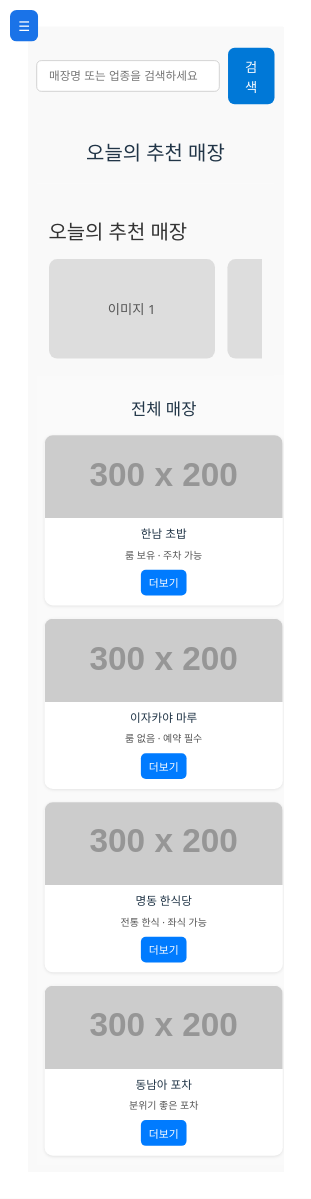
Repository: noiredex/Choplan-API
Page: / (app in choplan/frontend_main/)
An editor plug-in stored every save of this project. The page is shown before and after the next save, followed by the edit.
The browser window is 375 px wide. The pictures show the whole page, at 83% of full size.
The project was rebuilt for these pictures with package versions that can differ from the ones it lists, and the page was loaded fresh each time. Also part of the build but not shown: choplan/frontend_main/vite.config.js, choplan/frontend_main/vite.config.ts, choplan/frontend_main/src/styles/StoreDetailPage.css, choplan/frontend_main/src/pages/StoreDetailPage.jsx.

Above is the page before, as saved 2025-10-22 14:14:02.

### choplan/frontend_main/index.html
<!doctype html>
<html lang="en">
  <head>
    <meta charset="UTF-8" />
    <link rel="icon" type="image/svg+xml" href="/vite.svg" />
    <meta name="viewport" content="width=device-width, initial-scale=1.0" />
    <title>frontend_main</title>
  </head>
  <body>
    <div id="root"></div>
    <script type="module" src="/src/main.jsx"></script>
  </body>
</html>

### choplan/frontend_main/src/App.jsx
import { Routes, Route } from "react-router-dom";
import HomePage from "./pages/HomePage";
import StoreDetailPage from "./pages/StoreDetailPage";
import "./App.css";

export default function App() {
  return (
    <Routes>
      <Route path="/" element={<HomePage />} />
      <Route path="/store/:id" element={<StoreDetailPage />} />
    </Routes>
  );
}

### choplan/frontend_main/src/pages/Homepage.jsx
import React, { useState } from "react";
import Sidebar from "../components/common/Sidebar";
import SearchBar from "../components/home/SearchBar";
import BannerSlider from "../components/home/BannerSlider";
import RecommendedStores from "../components/home/RecommendedStores";
import "../styles/HomePage.css";

export default function HomePage() {
  const [selectedCategory, setSelectedCategory] = useState("전체");
  const [searchQuery, setSearchQuery] = useState("");

  return (
    <div className="home-container">
      {/* 사이드바 */}
      <Sidebar
        selectedCategory={selectedCategory}
        onSelectCategory={setSelectedCategory}
        searchQuery={searchQuery}
      />

      {/* 메인 영역 */}
      <div className="main-content">
        <SearchBar onSearch={setSearchQuery} />

        {/* 추천 배너 */}
        <section className="banner-section">
          <h2>오늘의 추천 매장</h2>
          <BannerSlider />
        </section>

        {/* 매장 목록 */}
        <section className="store-section">
          <RecommendedStores
            category={selectedCategory}
            searchQuery={searchQuery}
          />
        </section>
      </div>
    </div>
  );
}

### choplan/frontend_main/src/components/common/Sidebar.jsx
import React, { useState, useEffect } from "react";
import "../../styles/Sidebar.css";

export default function Sidebar({
  selectedCategory,
  onSelectCategory,
  searchQuery,
}) {
  const [isOpen, setIsOpen] = useState(false);

  const categories = [
    "전체",
    "이자카야",
    "초밥",
    "한식",
    "양식",
    "중식",
    "동남아",
    "인도",
    "기타",
  ];

  // 검색어가 변경되면 해당 카테고리 자동 선택
  useEffect(() => {
    if (searchQuery && searchQuery.trim() !== "") {
      const matchedCategory = categories.find((cat) =>
        searchQuery.includes(cat)
      );
      if (matchedCategory) {
        onSelectCategory(matchedCategory);
      }
    }
  }, [searchQuery]);

  return (
    <>
      {/* 햄버거 버튼 */}
      <button
        className="sidebar-toggle"
        onClick={() => setIsOpen(!isOpen)}
        aria-label="Toggle sidebar"
      >
        ☰
      </button>

      {/* 사이드바 */}
      <div className={`sidebar ${isOpen ? "open" : "closed"}`}>
        <ul className="sidebar-list">
          {categories.map((category, index) => (
            <li
              key={index}
              className={selectedCategory === category ? "active" : ""}
              onClick={() => {
                onSelectCategory(category);
                setIsOpen(false); // 모바일에서 클릭 시 자동 닫힘
              }}
            >
              {category}
            </li>
          ))}
        </ul>
      </div>
    </>
  );
}

### choplan/frontend_main/src/components/home/SearchBar.jsx
import React, { useState } from "react";
import "../../styles/SearchBar.css";

export default function SearchBar({ onSearch }) {
  const [query, setQuery] = useState("");

  const handleInputChange = (e) => {
    setQuery(e.target.value);
  };

  const handleSearch = (e) => {
    e.preventDefault();
    onSearch(query);
  };

  return (
    <form className="search-bar" onSubmit={handleSearch}>
      <input
        type="text"
        placeholder="매장명 또는 업종을 검색하세요"
        value={query}
        onChange={handleInputChange}
      />
      <button type="submit">검색</button>
    </form>
  );
}

### choplan/frontend_main/src/components/home/BannerSlider.jsx
import React from "react";
import "../../styles/BannerSlider.css"; // 스타일 파일 경로

export default function BannerSlider() {
  return (
    <div className="banner-slider">
      <div className="banner-content">
        <h2 className="banner-title">오늘의 추천 매장</h2>
        <div className="banner-slides">
          {/* TODO: 슬라이더 라이브러리 연결 전 임시 영역 */}
          <div className="slide-item">이미지 1</div>
          <div className="slide-item">이미지 2</div>
          <div className="slide-item">이미지 3</div>
        </div>
      </div>
    </div>
  );
}

### choplan/frontend_main/src/components/home/RecommendedStores.jsx
import React, { useEffect, useState } from "react";
import "../../styles/RecommendedStores.css";

export default function RecommendedStores({ category, searchQuery }) {
  const [stores, setStores] = useState([]);

  // ✅ 예시 데이터 (실제 API 연결 시 이 부분 대체)
  const allStores = [
    { id: 1, name: "한남 초밥", category: "초밥", desc: "룸 보유 · 주차 가능", img: "https://placehold.co/300x200" },
    { id: 2, name: "이자카야 마루", category: "이자카야", desc: "룸 없음 · 예약 필수", img: "https://placehold.co/300x200" },
    { id: 3, name: "명동 한식당", category: "한식", desc: "전통 한식 · 좌식 가능", img: "https://placehold.co/300x200" },
    { id: 4, name: "동남아 포차", category: "동남아", desc: "분위기 좋은 포차", img: "https://placehold.co/300x200" },
  ];

  useEffect(() => {
    let filtered = allStores;

    // 검색어 반영
    if (searchQuery) {
      filtered = filtered.filter((store) =>
        store.name.toLowerCase().includes(searchQuery.toLowerCase())
      );
    }

    // 카테고리 반영
    if (category && category !== "전체") {
      filtered = filtered.filter((store) => store.category === category);
    }

    setStores(filtered);
  }, [category, searchQuery]);

  return (
    <div className="recommended-stores">
      <h2>{category ? category : "전체"} 매장</h2>

      <div className="store-grid">
        {stores.length > 0 ? (
          stores.map((store) => (
            <div className="store-card" key={store.id}>
              <img src={store.img} alt={store.name} />
              <div className="store-info">
                <h3>{store.name}</h3>
                <p>{store.desc}</p>
                <button>더보기</button>
              </div>
            </div>
          ))
        ) : (
          <p className="no-results">검색 결과가 없습니다.</p>
        )}
      </div>
    </div>
  );
}

### choplan/frontend_main/src/styles/HomePage.css
/* ===== 기본 구조 ===== */
.home-container {
  display: flex;
  flex-direction: row;
  width: 100%;
  min-height: 100vh;
  background-color: #f9f9f9;
  overflow: hidden;
}

/* ===== 사이드바 ===== */
.sidebar {
  width: 250px;
  min-width: 200px;
  max-width: 280px;
  background-color: #ffffff;
  border-right: 1px solid #ddd;
  overflow-y: auto;
  transition: all 0.3s ease;
}

.sidebar-list {
  list-style: none;
  margin: 0;
  padding: 0;
}

.sidebar-list li {
  padding: 14px 18px;
  border-bottom: 1px solid #eee;
  cursor: pointer;
  transition: background 0.2s;
}

.sidebar-list li:hover,
.sidebar-list li.active {
  background-color: #f0f0f0;
}

/* ===== 메인 콘텐츠 ===== */
.main-content {
  flex: 1;
  padding: 24px;
  overflow-y: auto;
  background-color: #f9f9f9;
  display: flex;
  flex-direction: column;
  align-items: stretch;
}

.search-bar {
  margin-bottom: 20px;
}

.search-bar input {
  width: 100%;
  padding: 10px 14px;
  border: 1px solid #ccc;
  border-radius: 6px;
  font-size: 16px;
}

/* ===== PC / 데스크탑 (>=1025px) ===== */
@media (min-width: 1025px) {
  .home-container {
    flex-direction: row;
  }

  .sidebar {
    position: relative;
    height: 100vh;
  }

  .main-content {
    padding: 24px 40px;
  }
}

/* ===== 태블릿 (<=1024px) ===== */
@media (max-width: 1024px) {
  .home-container {
    flex-direction: column;
  }

  .sidebar {
    width: 100%;
    height: auto;
    border-right: none;
    border-bottom: 1px solid #ddd;
  }

  .sidebar-list {
    display: flex;
    flex-wrap: nowrap;
    overflow-x: auto;
  }

  .sidebar-list li {
    flex: 0 0 auto;
    border-bottom: none;
    border-right: 1px solid #eee;
    white-space: nowrap;
  }

  .main-content {
    padding: 16px;
  }
}

/* ===== 모바일 (<=600px) ===== */
@media (max-width: 600px) {
  .home-container {
    flex-direction: column;
  }

  .sidebar-list li {
    font-size: 14px;
    padding: 10px 12px;
  }

  .main-content {
    padding: 10px;
  }

  .search-bar input {
    width: 100%;
    font-size: 14px;
  }
}

### choplan/frontend_main/src/styles/Sidebar.css
/* ===== 기본 구조 ===== */
.sidebar {
  position: fixed;
  top: 0;
  left: 0;
  width: 240px;
  height: 100vh;
  background: #ffffff;
  border-right: 1px solid #ddd;
  overflow-y: auto;
  transform: translateX(0);
  transition: transform 0.3s ease-in-out;
  z-index: 1000;
}

/* 닫힌 상태 (모바일) */
.sidebar.closed {
  transform: translateX(-100%);
}

/* 햄버거 버튼 */
.sidebar-toggle {
  position: fixed;
  top: 18px;
  left: 18px;
  background: #1a73e8;
  color: white;
  border: none;
  padding: 10px 12px;
  border-radius: 8px;
  cursor: pointer;
  z-index: 1100;
  display: flex;
  align-items: center;
  justify-content: center;
  transition: all 0.2s ease-in-out;
}

.sidebar-toggle:hover {
  background: #155ac5;
}

/* 카테고리 목록 */
.sidebar-list {
  list-style: none;
  padding: 0;
  margin: 70px 0 0 0;
}

.sidebar-list li {
  padding: 14px 18px;
  cursor: pointer;
  border-bottom: 1px solid #f5f5f5;
  transition: all 0.2s;
}

.sidebar-list li:hover {
  background-color: #f7f7f7;
}

.sidebar-list li.active {
  background-color: #1a73e8;
  color: white;
  font-weight: 600;
  border-bottom: 1px solid #1a73e8;
}

/* “전체” 상단 고정 */
.sidebar-list li:first-child {
  position: sticky;
  top: 0;
  background: #ffffff;
  z-index: 3;
  font-weight: bold;
  border-bottom: 1px solid #eee;
}

/* 스크롤바 */
.sidebar-list::-webkit-scrollbar {
  width: 6px;
}
.sidebar-list::-webkit-scrollbar-thumb {
  background: #ccc;
  border-radius: 3px;
}
.sidebar-list::-webkit-scrollbar-thumb:hover {
  background: #999;
}

/* 메인 콘텐츠 보정 */
.main-content {
  margin-left: 240px;
  transition: margin-left 0.3s ease-in-out;
  padding: 24px;
}
.sidebar.closed + .main-content {
  margin-left: 0;
}

/* 태블릿 (1024px 이하) */
@media (max-width: 1024px) {
  .sidebar {
    width: 220px;
  }
  .main-content {
    margin-left: 0;
  }
  .sidebar.closed {
    transform: translateX(-100%);
  }
  .sidebar-toggle {
    display: block;
  }
}

/* 모바일 (600px 이하) */
@media (max-width: 600px) {
  .sidebar {
    width: 200px;
  }
  .sidebar-list li {
    font-size: 14px;
    padding: 12px 14px;
  }
  .sidebar-toggle {
    top: 12px;
    left: 12px;
    padding: 8px 10px;
  }
}

### choplan/frontend_main/src/styles/SearchBar.css
.search-bar {
  display: flex;
  justify-content: center;
  align-items: center;
  margin: 15px 0 25px 0;
  gap: 10px;
}

.search-bar input {
  width: 70%;
  padding: 10px 14px;
  border: 1px solid #ccc;
  border-radius: 8px;
  font-size: 1rem;
}

.search-bar button {
  background-color: #0078d7;
  color: white;
  border: none;
  padding: 10px 18px;
  border-radius: 8px;
  cursor: pointer;
  transition: background 0.2s ease;
}

.search-bar button:hover {
  background-color: #005fa3;
}

### choplan/frontend_main/src/styles/BannerSlider.css
.banner-slider {
  width: 100%;
  background-color: #f9f9f9;
  padding: 20px 0;
  display: flex;
  justify-content: center;
  align-items: center;
}

.banner-content {
  width: 90%;
  max-width: 1200px;
}

.banner-title {
  font-size: 1.5rem;
  font-weight: 600;
  margin-bottom: 15px;
  text-align: left;
  color: #333;
}

.banner-slides {
  display: flex;
  gap: 15px;
  overflow-x: auto;
}

.slide-item {
  flex: 0 0 200px;
  height: 120px;
  background-color: #ddd;
  border-radius: 10px;
  display: flex;
  align-items: center;
  justify-content: center;
  color: #555;
  font-weight: 500;
}

### choplan/frontend_main/src/styles/RecommendedStores.css
/* ===== 기본 구조 ===== */
.recommended-stores {
  padding: 20px;
  background: #fafafa;
  width: 100%;
}

.recommended-stores h2 {
  font-size: 20px;
  margin-bottom: 16px;
}

/* ===== 카테고리 버튼 ===== */
.category-filter {
  display: flex;
  flex-wrap: wrap;
  gap: 8px;
  overflow-x: auto;
  margin-bottom: 16px;
}

.category-btn {
  padding: 8px 14px;
  border-radius: 20px;
  background: #e8e8e8;
  border: none;
  cursor: pointer;
  transition: all 0.2s;
  white-space: nowrap;
  font-size: 14px;
}

.category-btn:hover {
  background: #d6d6d6;
}

.category-btn.active {
  background: #007bff;
  color: white;
}

/* ===== 매장 카드 영역 ===== */
.store-grid {
  display: grid;
  grid-template-columns: repeat(2, 1fr);
  gap: 16px;
}

.store-card {
  background: white;
  border-radius: 10px;
  overflow: hidden;
  box-shadow: 0 1px 4px rgba(0, 0, 0, 0.1);
  display: flex;
  flex-direction: column;
  justify-content: space-between;
  transition: transform 0.2s;
}

.store-card:hover {
  transform: translateY(-2px);
}

.store-card img {
  width: 100%;
  height: 140px;
  object-fit: cover;
}

.store-card h3 {
  margin: 8px;
  font-size: 16px;
  font-weight: 600;
}

.store-card p {
  margin: 0 8px 8px;
  color: #555;
  font-size: 13px;
  line-height: 1.4;
}

.store-card button {
  margin: 0 8px 12px;
  padding: 8px 12px;
  border-radius: 6px;
  background: #007bff;
  color: white;
  border: none;
  cursor: pointer;
  transition: all 0.2s;
}

.store-card button:hover {
  background: #0056b3;
}

/* ===== 태블릿 (1024px 이하) ===== */
@media (max-width: 1024px) {
  .recommended-stores {
    padding: 16px;
  }

  .store-grid {
    grid-template-columns: 1fr 1fr;
  }

  .store-card img {
    height: 120px;
  }
}

/* ===== 모바일 (600px 이하) ===== */
@media (max-width: 600px) {
  .recommended-stores {
    padding: 10px;
  }

  .category-filter {
    flex-wrap: nowrap;
    overflow-x: auto;
  }

  .store-grid {
    grid-template-columns: 1fr;
  }

  .store-card img {
    height: 100px;
  }

  .store-card h3 {
    font-size: 14px;
  }

  .store-card p {
    font-size: 12px;
  }

  .store-card button {
    font-size: 13px;
    padding: 6px 10px;
  }
}

Loaded but not shown: choplan/frontend_main/src/main.jsx (common file); choplan/frontend_main/src/index.css (common file); choplan/frontend_main/src/App.css (common file)

After the next save:
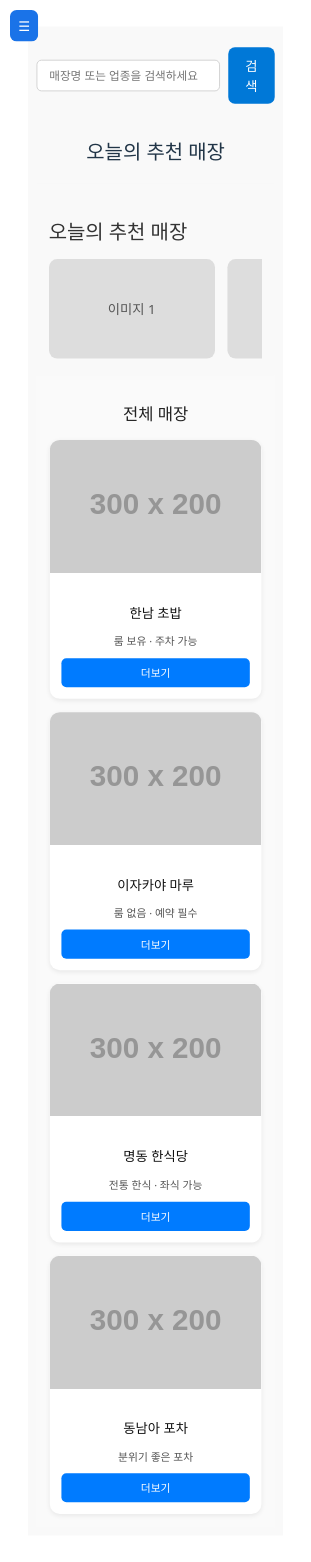
Saved 19 s later.
--- a/choplan/frontend_main/src/styles/RecommendedStores.css
+++ b/choplan/frontend_main/src/styles/RecommendedStores.css
@@ -1,124 +1,76 @@
-/* ===== 기본 구조 ===== */
 .recommended-stores {
   padding: 20px;
   background: #fafafa;
-  width: 100%;
 }
 
 .recommended-stores h2 {
   font-size: 20px;
   margin-bottom: 16px;
+  font-weight: 600;
+  color: #222;
 }
 
-/* ===== 카테고리 버튼 ===== */
-.category-filter {
-  display: flex;
-  flex-wrap: wrap;
-  gap: 8px;
-  overflow-x: auto;
-  margin-bottom: 16px;
-}
-
-.category-btn {
-  padding: 8px 14px;
-  border-radius: 20px;
-  background: #e8e8e8;
-  border: none;
-  cursor: pointer;
-  transition: all 0.2s;
-  white-space: nowrap;
-  font-size: 14px;
-}
-
-.category-btn:hover {
-  background: #d6d6d6;
-}
-
-.category-btn.active {
-  background: #007bff;
-  color: white;
-}
-
-/* ===== 매장 카드 영역 ===== */
+/* ===== 매장 카드 ===== */
 .store-grid {
   display: grid;
-  grid-template-columns: repeat(2, 1fr);
+  grid-template-columns: repeat(auto-fit, minmax(280px, 1fr));
   gap: 16px;
 }
 
 .store-card {
   background: white;
-  border-radius: 10px;
+  border-radius: 12px;
   overflow: hidden;
-  box-shadow: 0 1px 4px rgba(0, 0, 0, 0.1);
-  display: flex;
-  flex-direction: column;
-  justify-content: space-between;
-  transition: transform 0.2s;
+  box-shadow: 0 2px 6px rgba(0, 0, 0, 0.08);
+  transition: transform 0.2s ease;
 }
 
 .store-card:hover {
-  transform: translateY(-2px);
+  transform: translateY(-3px);
 }
 
 .store-card img {
   width: 100%;
-  height: 140px;
+  height: 180px;
   object-fit: cover;
 }
 
-.store-card h3 {
-  margin: 8px;
-  font-size: 16px;
-  font-weight: 600;
+.store-info {
+  padding: 14px;
 }
 
-.store-card p {
-  margin: 0 8px 8px;
-  color: #555;
-  font-size: 13px;
-  line-height: 1.4;
+.store-info h3 {
+  font-size: 16px;
+  margin-bottom: 6px;
+  color: #111;
 }
 
-.store-card button {
-  margin: 0 8px 12px;
-  padding: 8px 12px;
-  border-radius: 6px;
-  background: #007bff;
-  color: white;
-  border: none;
-  cursor: pointer;
-  transition: all 0.2s;
+.store-info p {
+  font-size: 13px;
+  color: #555;
+  margin-bottom: 10px;
 }
 
-.store-card button:hover {
-  background: #0056b3;
+.store-info button {
+  width: 100%;
+  padding: 8px 0;
+  border: none;
+  background-color: #007bff;
+  color: white;
+  font-size: 14px;
+  border-radius: 6px;
+  cursor: pointer;
+  transition: background-color 0.2s ease;
 }
 
-/* ===== 태블릿 (1024px 이하) ===== */
-@media (max-width: 1024px) {
+.store-info button:hover {
+  background-color: #0056b3;
+}
+
+/* ====== 반응형 ====== */
+@media (max-width: 768px) {
   .recommended-stores {
     padding: 16px;
-  }
-
-  .store-grid {
-    grid-template-columns: 1fr 1fr;
-  }
-
-  .store-card img {
-    height: 120px;
-  }
-}
-
-/* ===== 모바일 (600px 이하) ===== */
-@media (max-width: 600px) {
-  .recommended-stores {
-    padding: 10px;
-  }
-
-  .category-filter {
-    flex-wrap: nowrap;
-    overflow-x: auto;
   }
 
   .store-grid {
@@ -126,19 +78,10 @@
   }
 
   .store-card img {
-    height: 100px;
+    height: 160px;
   }
 
-  .store-card h3 {
-    font-size: 14px;
-  }
-
-  .store-card p {
-    font-size: 12px;
-  }
-
-  .store-card button {
+  .store-info button {
     font-size: 13px;
-    padding: 6px 10px;
   }
 }
